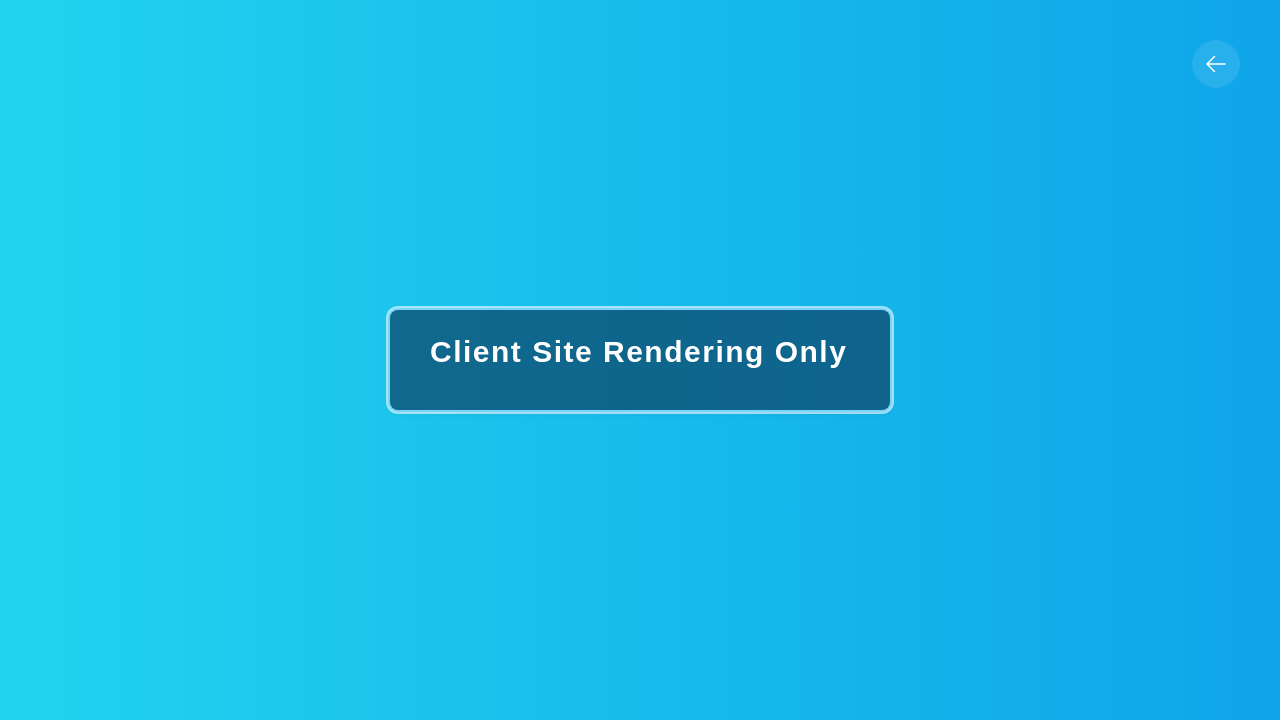
Repository: Marcus20119/Study_nextjs
Page: /CSR/CSROnly
The author's editor kept a copy of each file at every save. The page is drawn from the files as they stood at one save, then again after the next save.
The browser window is 1280 px wide. The pictures show the whole page.
The project was rebuilt for these pictures with package versions that can differ from the ones it lists, and the page was loaded fresh each time. The framework's server and built-in components were replaced by stand-ins that run in the browser. Also part of the build but not shown: next.config.js.

Above is the page before, as saved 2023-04-06 13:22:35.

### pages/CSR/CSROnly.tsx
import Container from '@/components/Container';

interface ICSROnly {}

const CSROnly: React.FC<ICSROnly> = ({}) => {
  return (
    <Container label="Client Site Rendering Only">
      <div></div>
    </Container>
  );
};

export default CSROnly;

### styles/globals.css
@tailwind base;
@tailwind components;
@tailwind utilities;

:root {
  --tw-gradient-from: #38bdf8;
  --tw-gradient-to: #2563eb;
  --tw-gradient-stops: var(--tw-gradient-from), var(--tw-gradient-to);
}
body {
  font-family: 'Epilogue', sans-serif;
  -webkit-font-smoothing: antialiased;
  -moz-osx-font-smoothing: grayscale;
  -webkit-tap-highlight-color: transparent;
  background-image: linear-gradient(to right, var(--tw-gradient-stops));
}
body::-webkit-scrollbar {
  width: 14px;
  height: 14px;
  background-color: transparent;
}

body::-webkit-scrollbar-thumb {
  border-radius: 10px;
  background-color: #a9a9a9aa;
  -webkit-background-clip: padding-box; /* for Safari */
  background-clip: padding-box;
}

input,
textarea {
  outline: none;
}
* {
  margin: 0;
  padding: 0;
  -webkit-tap-highlight-color: transparent;
  box-sizing: border-box;
  scroll-behavior: smooth !important;
  /* transition-property: all;
  transition-timing-function: cubic-bezier(0.4, 0, 0.2, 1);
  transition-duration: 150ms; */
}
a {
  text-decoration: none !important;
}
li {
  list-style: none;
}
select {
  -webkit-appearance: none;
  -moz-appearance: none;
  outline: none;
}
td {
  vertical-align: middle;
  height: 44.8px;
}

### components/Container.tsx
import BackButton from './BackButton';

interface IContainer {
  label: string;
  children: React.ReactNode;
}

const Container: React.FC<IContainer> = ({ label, children }) => {
  return (
    <>
      <div
        className="flex justify-center items-center w-screen h-screen"
        style={{
          backgroundImage: 'linear-gradient(to right,#22d3ee, #0ea5e9)',
        }}
      >
        <div className="flex flex-col min-w-[500px] max-w-[700px] bg-sky-900/75 px-10 py-6 rounded-lg ring-2 ring-offset-2 ring-offset-sky-300 ring-opacity-60 ring-white shadow-md">
          <h1 className="mb-4 text-white text-3xl font-bold tracking-wider">
            {label}
          </h1>
          <div className="text-sky-100">{children}</div>
        </div>
      </div>
      <BackButton />
    </>
  );
};

export default Container;

### components/BackButton.tsx
import { useRouter } from 'next/router';

interface IBackButton {}

const BackButton: React.FC<IBackButton> = ({}) => {
  const router = useRouter();
  return (
    <button
      className="fixed top-10 right-10 flex justify-center items-center rounded-full w-12 h-12 bg-white/10 py-3 text-white text-lg font-bold hover:bg-white/90 hover:text-cyan-700"
      onClick={() => router.back()}
    >
      <svg
        xmlns="http://www.w3.org/2000/svg"
        fill="none"
        viewBox="0 0 24 24"
        strokeWidth={1.5}
        stroke="currentColor"
        className="w-6 h-6"
      >
        <path
          strokeLinecap="round"
          strokeLinejoin="round"
          d="M10.5 19.5L3 12m0 0l7.5-7.5M3 12h18"
        />
      </svg>
    </button>
  );
};

export default BackButton;

Loaded but not shown: pages/_app.tsx (common file); pages/_document.tsx (common file); tailwind.config.js (common file)

After the next save:
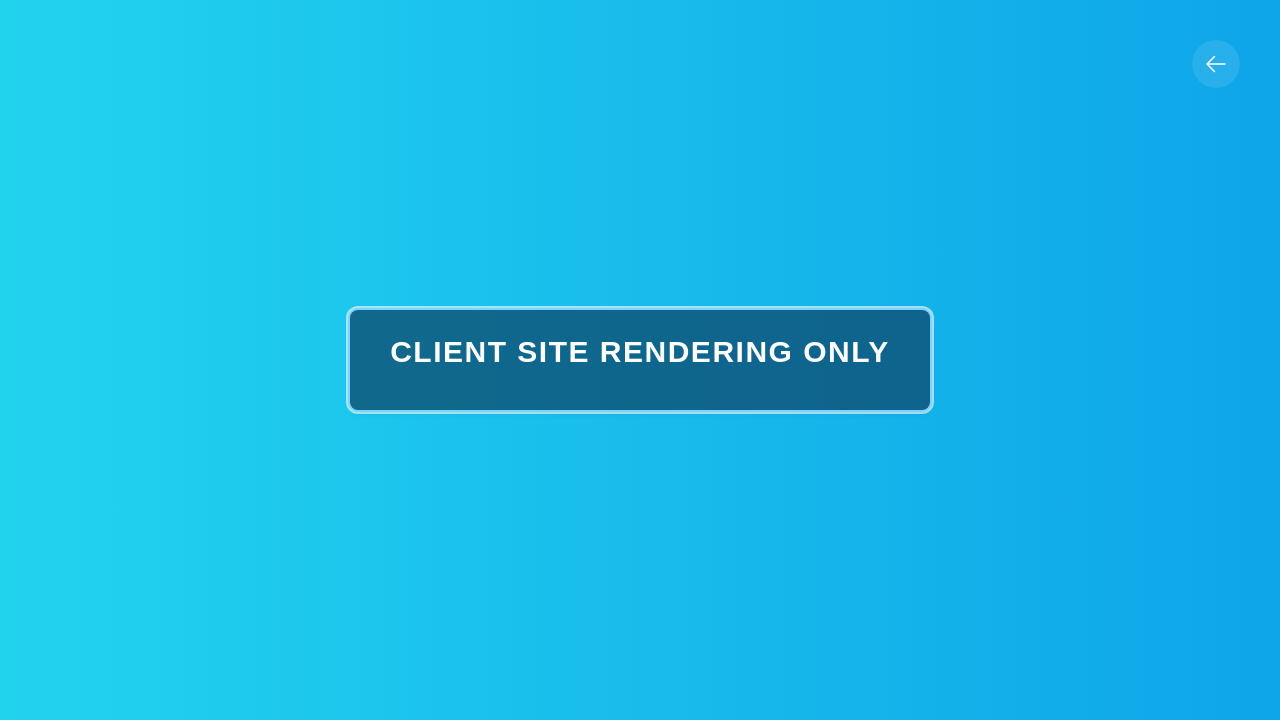
Saved 16 s later.
--- a/components/Container.tsx
+++ b/components/Container.tsx
@@ -16,7 +16,7 @@ const Container: React.FC<IContainer> = ({ label, children }) => {
       >
         <div className="flex flex-col min-w-[500px] max-w-[700px] bg-sky-900/75 px-10 py-6 rounded-lg ring-2 ring-offset-2 ring-offset-sky-300 ring-opacity-60 ring-white shadow-md">
           <h1 className="mb-4 text-white text-3xl font-bold tracking-wider">
-            {label}
+            {label.toUpperCase()}
           </h1>
           <div className="text-sky-100">{children}</div>
         </div>
